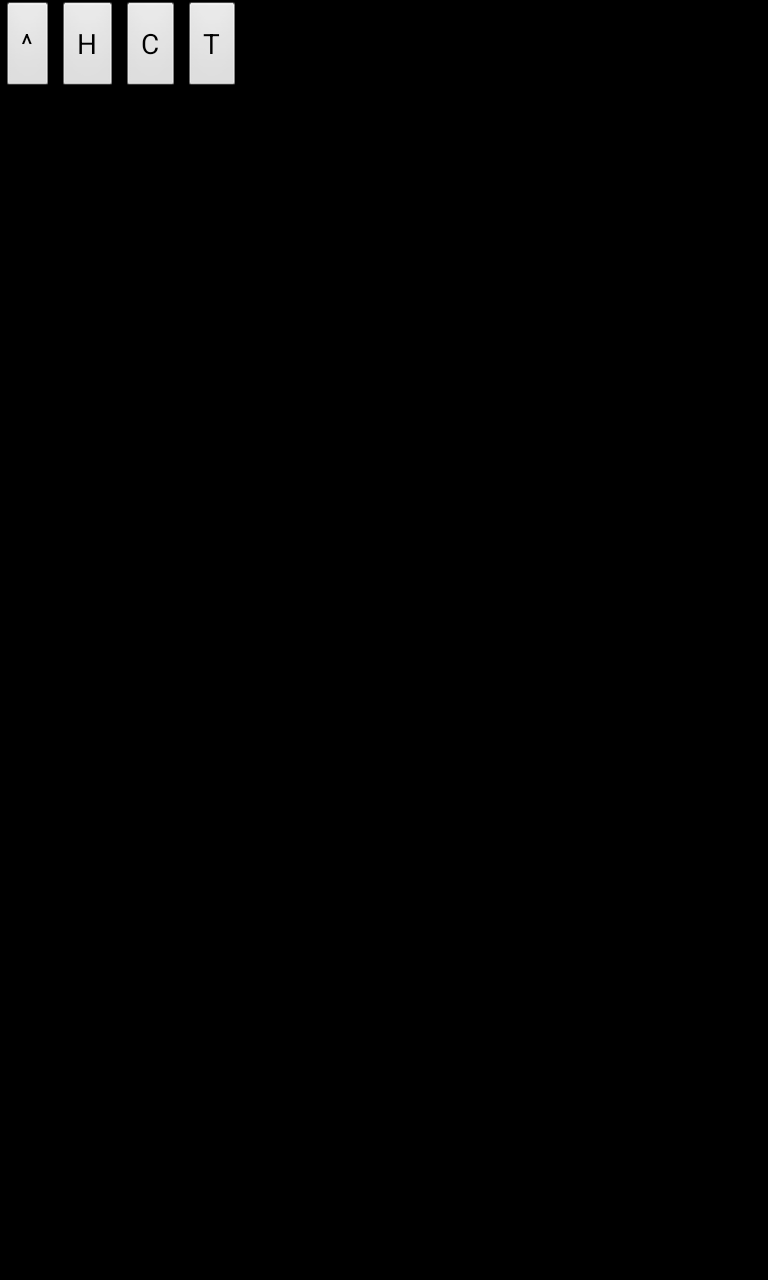
Repository: simplesns/workspace
Layout: eclipse/DEPuzzles/res/layout/wordsearch.xml
The author's editor kept a copy of each file at every save. The layout is drawn from the files as they stood at one save, then again after the next save.
It is drawn on a 768 x 1280 px phone screen (xhdpi) without system bars, with theme android:Theme; the app's code is not run.

Above is the layout before, as saved 2011-02-04 08:33:29.

After the next save:
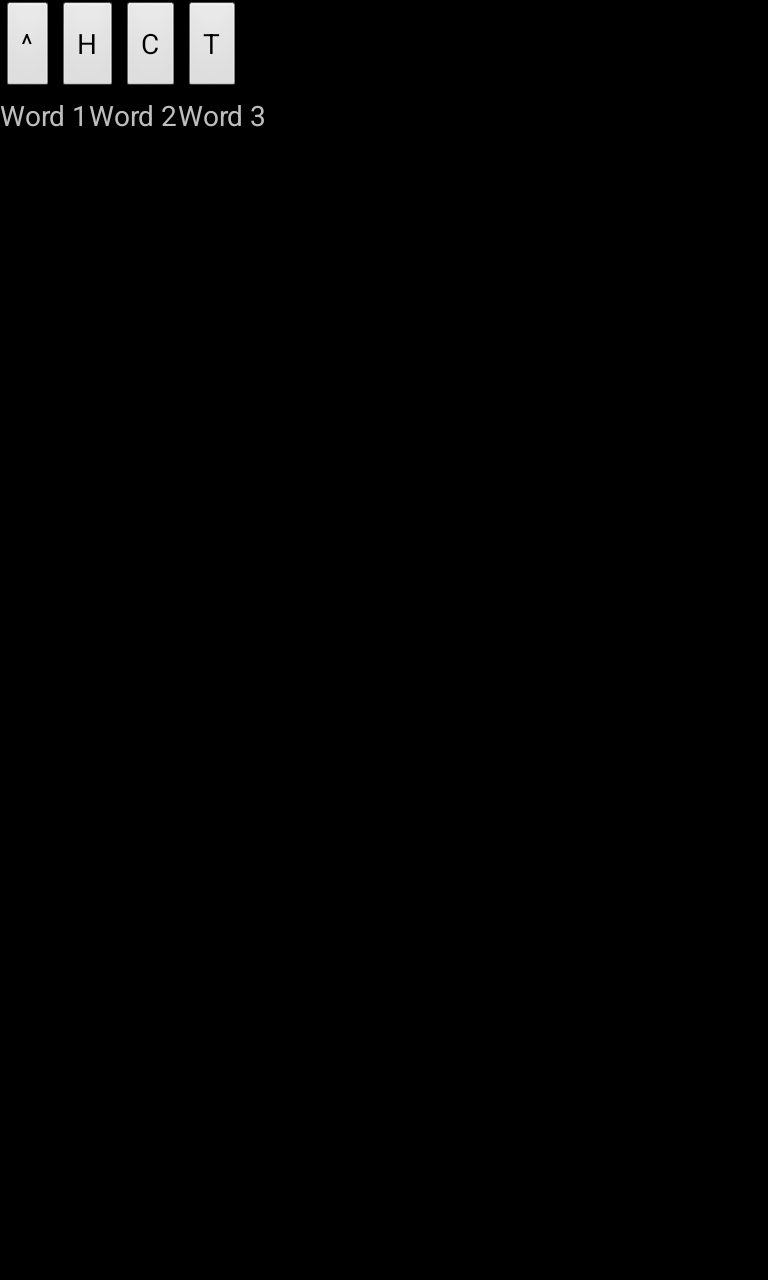
Saved 22 s later.
--- a/eclipse/DEPuzzles/res/layout/wordsearch.xml
+++ b/eclipse/DEPuzzles/res/layout/wordsearch.xml
@@ -19,11 +19,11 @@
 		android:layout_width="wrap_content" android:layout_height="wrap_content">
 		<TableRow android:id="@+id/TableRow01" android:layout_width="wrap_content"
 			android:layout_height="wrap_content">
-			<TextView android:text="@+id/TextView01" android:id="@+id/TextView01"
+			<TextView android:text="Word 1" android:id="@+id/TextView01"
 				android:layout_width="wrap_content" android:layout_height="wrap_content"></TextView>
-			<TextView android:text="@+id/TextView01" android:id="@+id/TextView01"
+			<TextView android:text="Word 2" android:id="@+id/TextView01"
 				android:layout_width="wrap_content" android:layout_height="wrap_content"></TextView>
-			<TextView android:text="@+id/TextView01" android:id="@+id/TextView01"
+			<TextView android:text="Word 3" android:id="@+id/TextView01"
 				android:layout_width="wrap_content" android:layout_height="wrap_content"></TextView>
 		</TableRow>
 		<TableRow android:id="@+id/TableRow02" android:layout_width="wrap_content"
